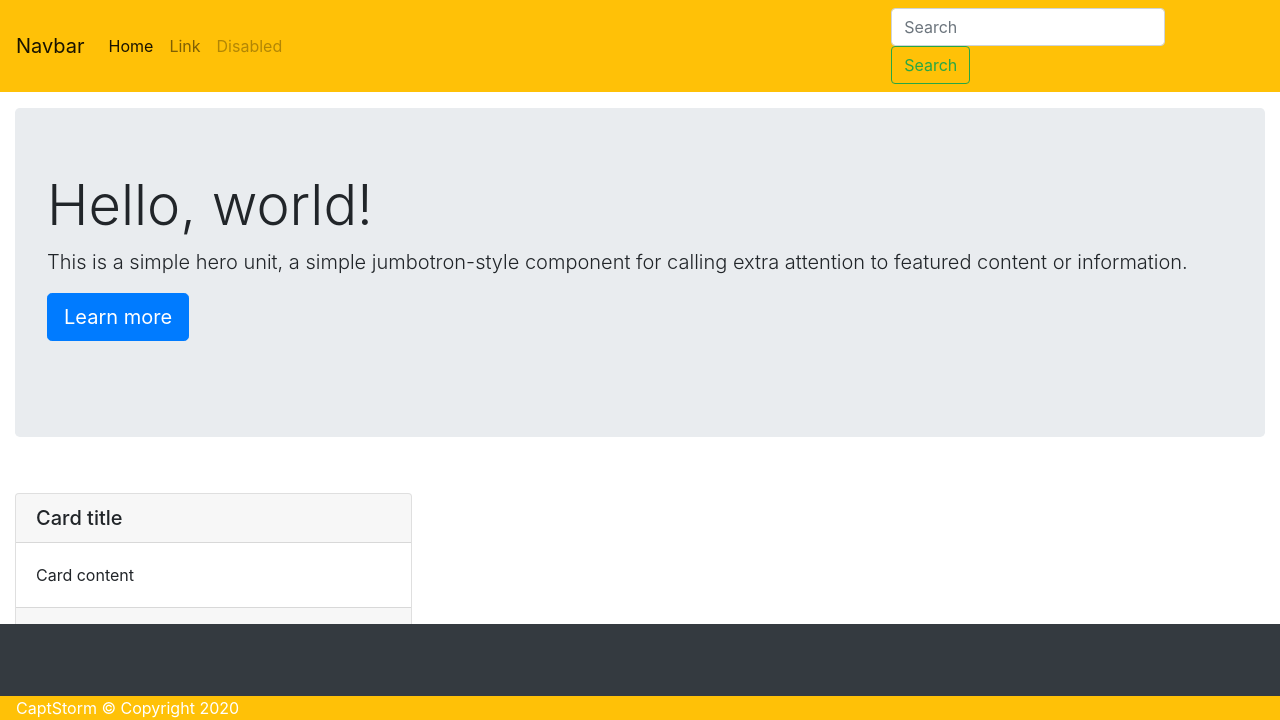
Repository: CaptainStorm21/complete-react16-bootstrap-passing-props
Page: /
These files come from the project's save history. The page is drawn as it stood at one moment and after the next save; the edit follows.
The browser window is 1280 px wide. The pictures show the whole page.
The project was rebuilt for these pictures with package versions that can differ from the ones it lists, and the page was loaded fresh each time.

Above is the page before, as saved 2020-04-23 14:43:35.

### public/index.html
<!DOCTYPE html>
<html lang="en">
<head>
  <title>Bootstrap Example</title>
  <meta charset="utf-8">
  <meta name="viewport" content="width=device-width, initial-scale=1">
  <link rel="stylesheet" href="https://maxcdn.bootstrapcdn.com/bootstrap/4.4.1/css/bootstrap.min.css">
  <script src="https://ajax.googleapis.com/ajax/libs/jquery/3.4.1/jquery.min.js"></script>
  <script src="https://cdnjs.cloudflare.com/ajax/libs/popper.js/1.16.0/umd/popper.min.js"></script>
  <script src="https://maxcdn.bootstrapcdn.com/bootstrap/4.4.1/js/bootstrap.min.js"></script>
</head>
<body>
<div id="root"></div>

</body>
</html>

### src/index.js
import React from 'react';
import ReactDOM from 'react-dom';
import './style.css';
import App from './App';
import * as serviceWorker from './serviceWorker';


ReactDOM.render(
  <React.StrictMode>
    <App />
  </React.StrictMode>,
  document.getElementById('root')
);

// If you want your app to work offline and load faster, you can change
// unregister() to register() below. Note this comes with some pitfalls.
// Learn more about service workers: https://bit.ly/CRA-PWA
serviceWorker.unregister();

### src/style.css




body {
  margin: 0;
  font-family: -apple-system, BlinkMacSystemFont, 'Segoe UI', 'Roboto', 'Oxygen',
    'Ubuntu', 'Cantarell', 'Fira Sans', 'Droid Sans', 'Helvetica Neue',
    sans-serif;
  -webkit-font-smoothing: antialiased;
  -moz-osx-font-smoothing: grayscale;
}

.footer {
  position: absolute;
  bottom: 0;
  width: 100%;
  height: 60px; /* Set the fixed height of the footer here */
  line-height: 60px; /* Vertically center the text there */
  background-color: purple;
}

### src/App.js
import React from "react";
import Main from "./components/Main";
import ContanerCard from "./components/ContainerCard";

import Header from "./components/layout/Header";
import Footer from "./components/layout/Footer";

function App() {
  return (
    <div>
      <Header />
      <div classNameName="container-fluid">
        <div className="col-lg-12 py-3">
          <Main />
        </div>
        <div className="container-fluid">
          <div className="row">
            <ContanerCard />
          </div>
        </div>
        <Footer />
      </div>
    </div>
  );
}

export default App;

### src/components/Main.js
import React from "react";

function Main() {
  return (
    <div className="jumbotron">
      <h1 className="display-4">Hello, world!</h1>
      <p className="lead">
        This is a simple hero unit, a simple jumbotron-style component for
        calling extra attention to featured content or information.
        <p className = "py-3">
        <a className="btn btn-primary btn-lg" href="#" role="button">
          Learn more
        </a>
        </p>
      </p>
    </div>
  );
}

export default Main;

### src/components/ContainerCard.js
import React from "react";

function ContainerCard() {
  return (
    <div className="col-md-4 col-lg-4 py-2">
    <div className="card">
      <h5 className="card-header">Card title</h5>
      <div className="card-body">
        <p className="card-text">Card content</p>
      </div>
      <div className="card-footer">Card footer</div>
    </div>
    </div>
  );
}

export default ContainerCard;

### src/components/layout/Header.js
import React from "react";
import Navbar from "./Navbar";

function Header() {
  return (
    <nav className="navbar navbar-expand-lg navbar-light bg-warning">
              <Navbar />
    </nav>
  );
}

export default Header;

### src/components/layout/Footer.js
import React from "react";

function Footer() {
  return (
    <footer className="bg-dark py-5 fixed-bottom ">
      <div className="container"></div>
      <div className="container-fluid">
        <div className="row bg-info">
        <div className="bg-warning fixed-bottom">
          <span className="p-3 text-white">
            CaptStorm &copy; Copyright 2020
          </span>
        </div>        </div>
      </div>
    </footer>
  );
}

export default Footer;

### src/components/layout/Navbar.js
import React from "react";
import "./Nav.css";

function Navbar() {
  return (
    <>
 <a className="navbar-brand" href="#">Navbar</a>
  <button className="navbar-toggler" type="button" data-toggle="collapse" data-target="#navbarTogglerDemo02" aria-controls="navbarTogglerDemo02" aria-expanded="false" aria-label="Toggle navigation">
    <span className="navbar-toggler-icon"></span>
  </button>

  <div className="collapse navbar-collapse" id="navbarTogglerDemo02">
    <ul className="navbar-nav mr-auto mt-2 mt-lg-0">
      <li className="nav-item active">
        <a className="nav-link" href="#">Home <span className="sr-only">(current)</span></a>
      </li>
      <li className="nav-item">
        <a className="nav-link" href="#">Link</a>
      </li>
      <li className="nav-item">
        <a className="nav-link disabled" href="#" tabindex="-1" aria-disabled="true">Disabled</a>
      </li>
    </ul>
    <form className="form-inline my-2 my-lg-0 col-4">
      <input className="form-control mr-sm-2" type="search" placeholder="Search" />
      <button className="btn btn-outline-success my-2 my-sm-0" type="submit">Search</button>
    </form>
    </div>
        </>

  );
}

export default Navbar;

### src/components/layout/Nav.css
@media (min-width: 768px) {
    .navbar-nav {
      width: 100%;
      text-align: center;
    }
    .navbar-nav > li {
      float: none;
      display: inline-block;
    }
    .navbar-nav > li.navbar-right {
      float: right !important;
    }
  }

Loaded but not shown: src/serviceWorker.js (common file)

After the next save:
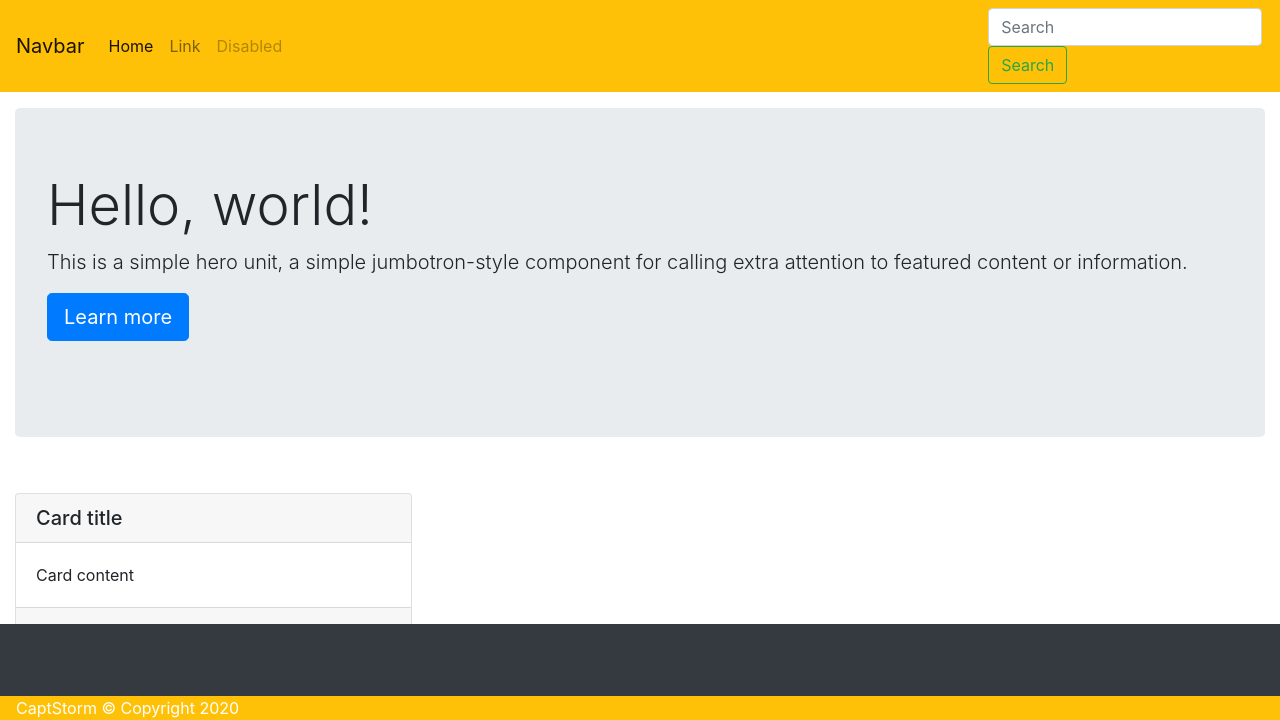
Saved 4 s later.
--- a/src/components/layout/Navbar.js
+++ b/src/components/layout/Navbar.js
@@ -21,7 +21,7 @@ function Navbar() {
         <a className="nav-link disabled" href="#" tabindex="-1" aria-disabled="true">Disabled</a>
       </li>
     </ul>
-    <form className="form-inline my-2 my-lg-0 col-4">
+    <form className="form-inline my-2 my-lg-0 col-3">
       <input className="form-control mr-sm-2" type="search" placeholder="Search" />
       <button className="btn btn-outline-success my-2 my-sm-0" type="submit">Search</button>
     </form>
